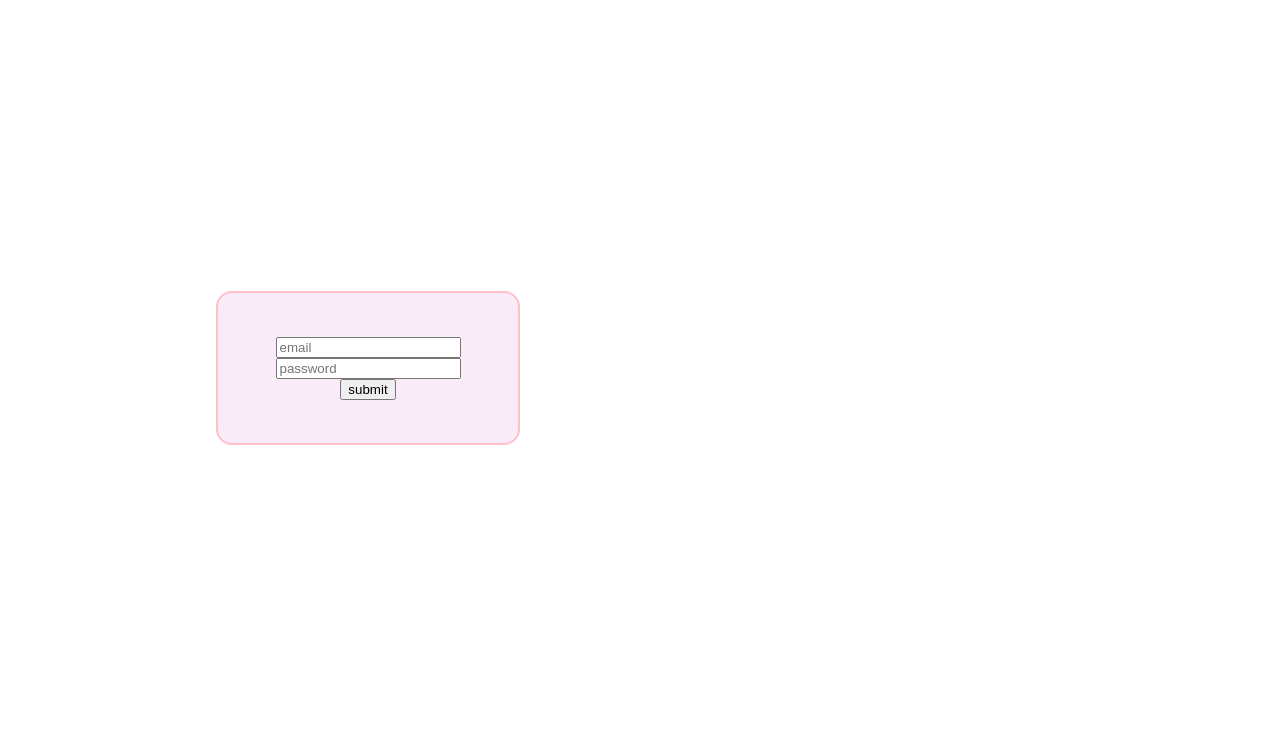
Repository: RenataDzotova/TwitterApp
Page: server/view/login.html
These files come from the project's save history. The page is drawn as it stood at one moment and after the next save; the edit follows.
The browser window is 1280 px wide. The pictures show the whole page.

Above is the page before, as saved 2022-12-08 23:11:07.

### server/view/login.html
<!DOCTYPE html>
<html lang="en">
<head>
    <meta charset="UTF-8">
    <title>Login</title>
    <style>
         #container {
            display: flex;
            align-items: center;
            justify-content: center;
            flex-direction: column;
            width: 300px;
            height: 150px;
            color: maroon;
            background-color: #faebf8;
            border-radius: 16px;
            border: 2px solid pink;
        }

        #wrapper {
            display: flex;
            align-items: center;
            justify-content: center;
            flex-direction: column;
            width: 100vh;
            height: 100vh;
        }

        form{
            display: flex;
            align-items: center;
            justify-content: center;
            flex-direction: column;
        }
    </style>
</head>
<body>
    <div id="wrapper">
        <div id="container">
            <form action="/login" method="post">
                <input type="text" name="email" placeholder="email">
                <input type="text" name="password" placeholder="password">
                <button type="submit">submit</button>
            </form>
        </div>
    </div>
</body>
</html>

After the next save:
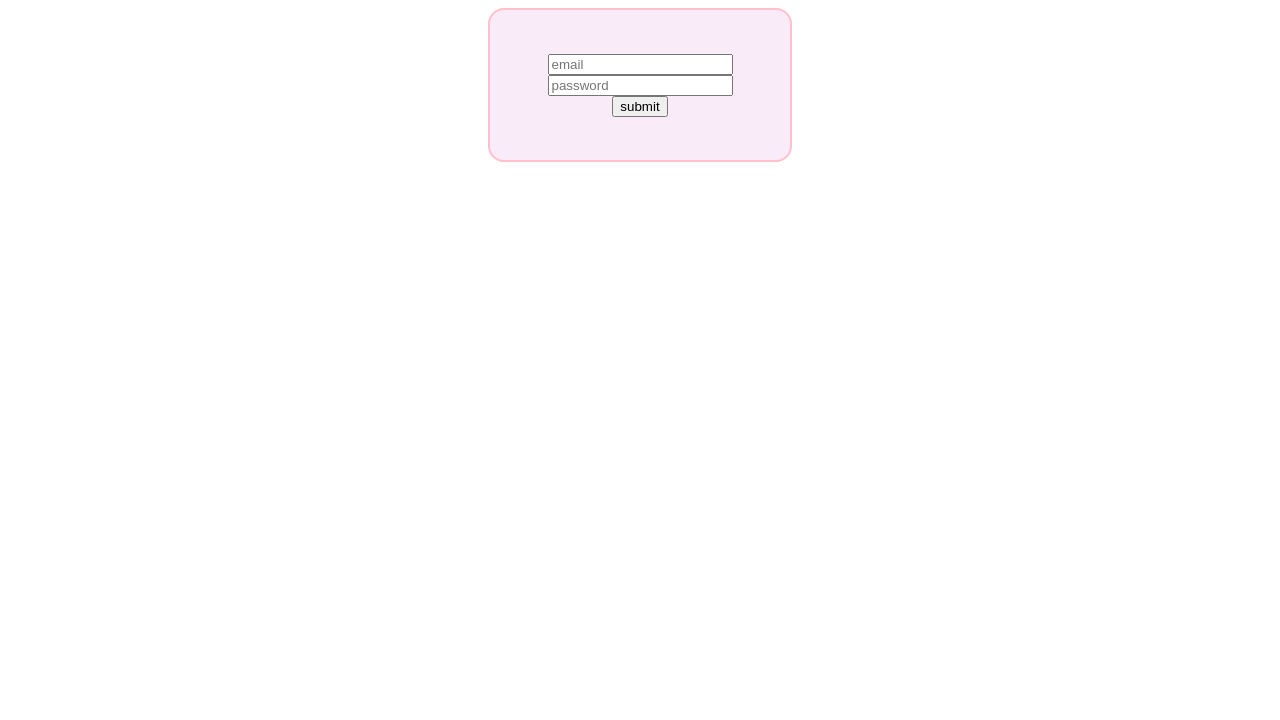
Saved 15 s later.
--- a/server/view/login.html
+++ b/server/view/login.html
@@ -22,8 +22,8 @@
             align-items: center;
             justify-content: center;
             flex-direction: column;
-            width: 100vh;
-            height: 100vh;
+            width: 100%;
+            height: 100%;
         }
 
         form{
